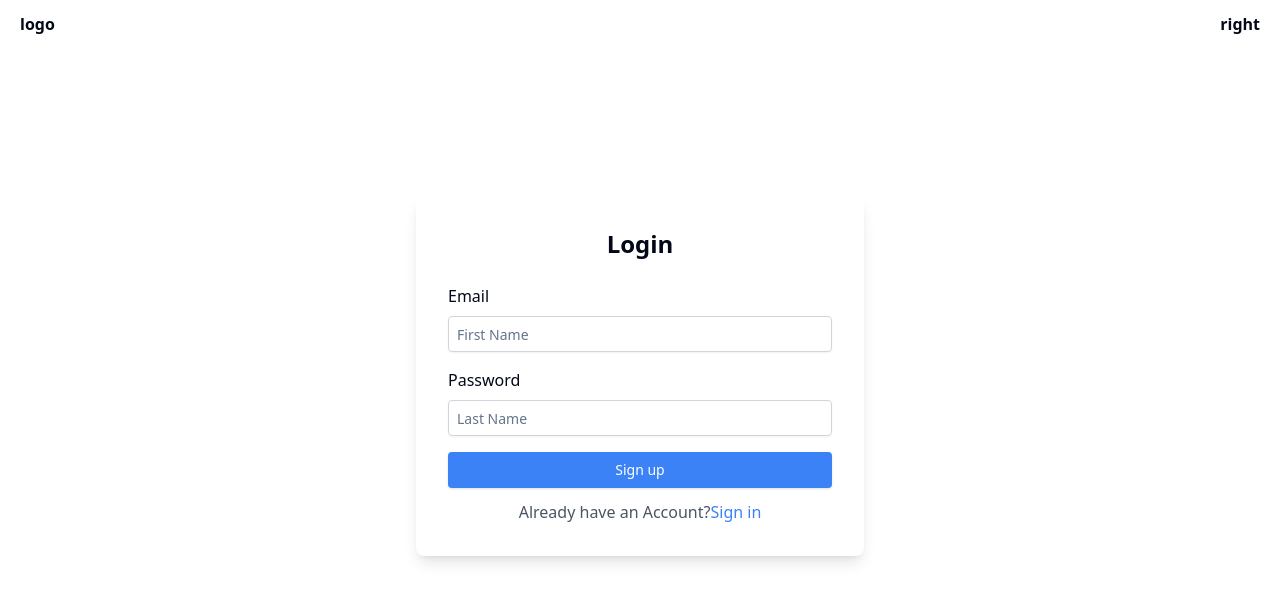
Repository: hisreal123/globalpath_fe
Page: /auth/signup
These files come from the project's save history. The page is drawn as it stood at one moment and after the next save; the edit follows.
The browser window is 1280 px wide. The pictures show the whole page.
The project was rebuilt for these pictures with package versions that can differ from the ones it lists, and the page was loaded fresh each time. Also part of the build but not shown: vite.config.ts, src/components/pages/auth/SigninComponent.tsx, src/pages/auth/Signin.tsx.

Above is the page before, as saved 2024-10-10 17:27:15.

After the next save:
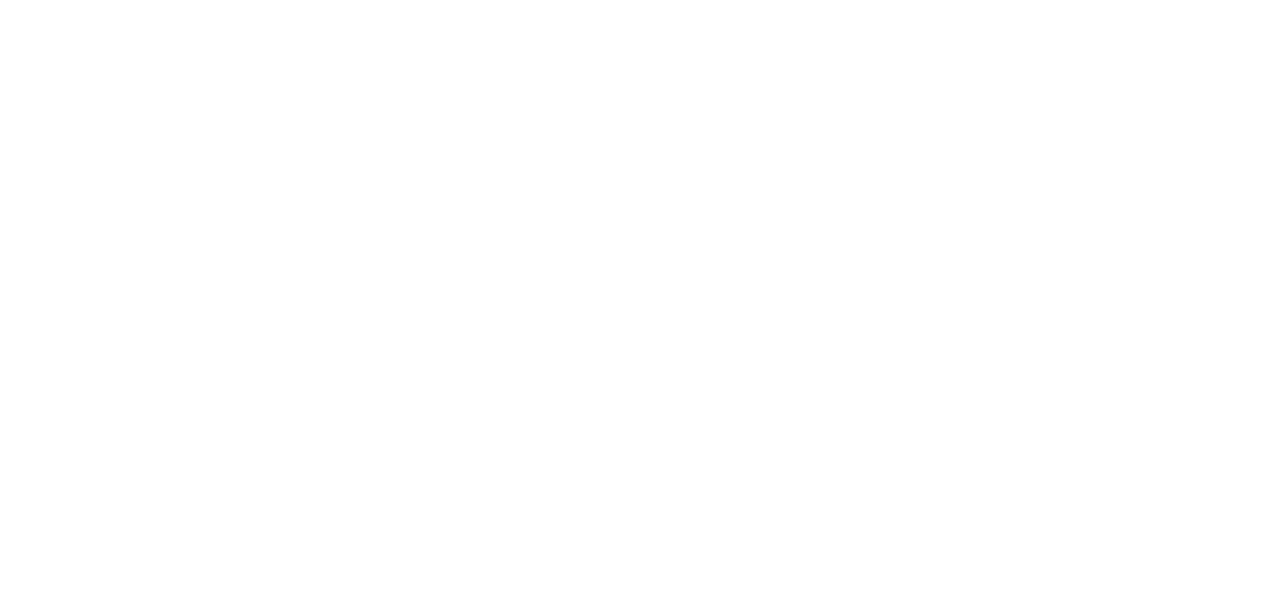
Console error: ReferenceError: message is not defined
Saved 6 s later.
--- a/src/utils/FormValiator.ts
+++ b/src/utils/FormValiator.ts
@@ -21,7 +21,7 @@
     profile : UserProfile,
     confirm_password: z.string().min(2).max(50),
 }).refine((data ) => data.password === data.confirm_password, {
-
+    message
 })
 
 

After the save that followed:
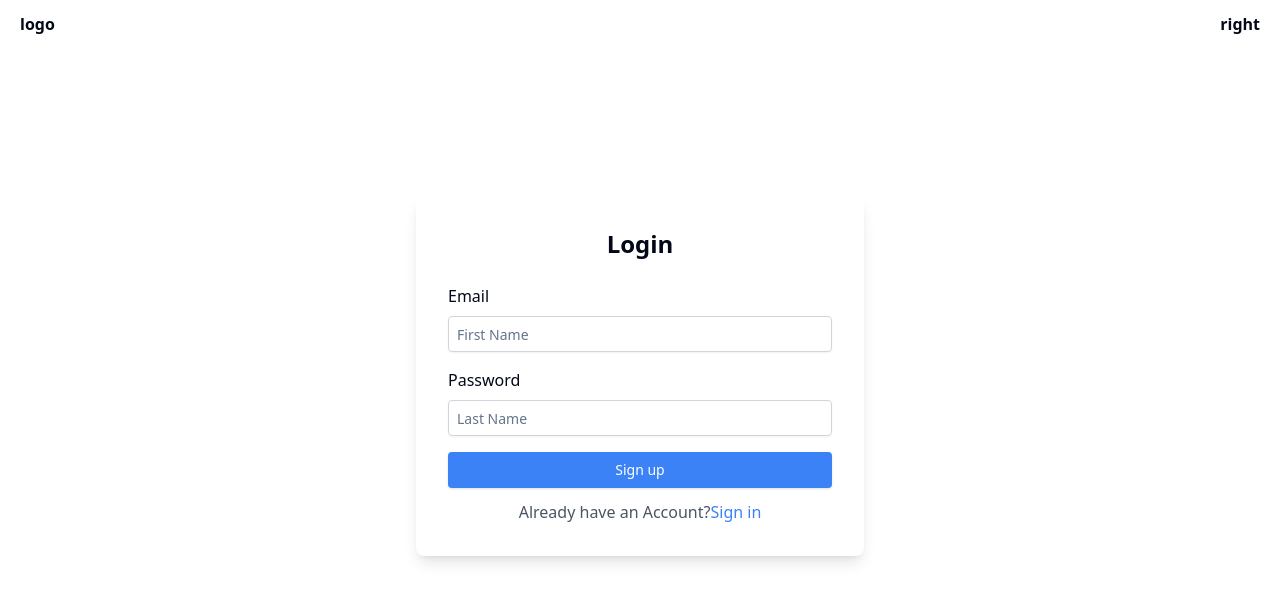
The error is gone.
Saved 6 s later.
--- a/src/utils/FormValiator.ts
+++ b/src/utils/FormValiator.ts
@@ -21,7 +21,7 @@
     profile : UserProfile,
     confirm_password: z.string().min(2).max(50),
 }).refine((data ) => data.password === data.confirm_password, {
-    message
+    message : "Password "
 })
 
 
